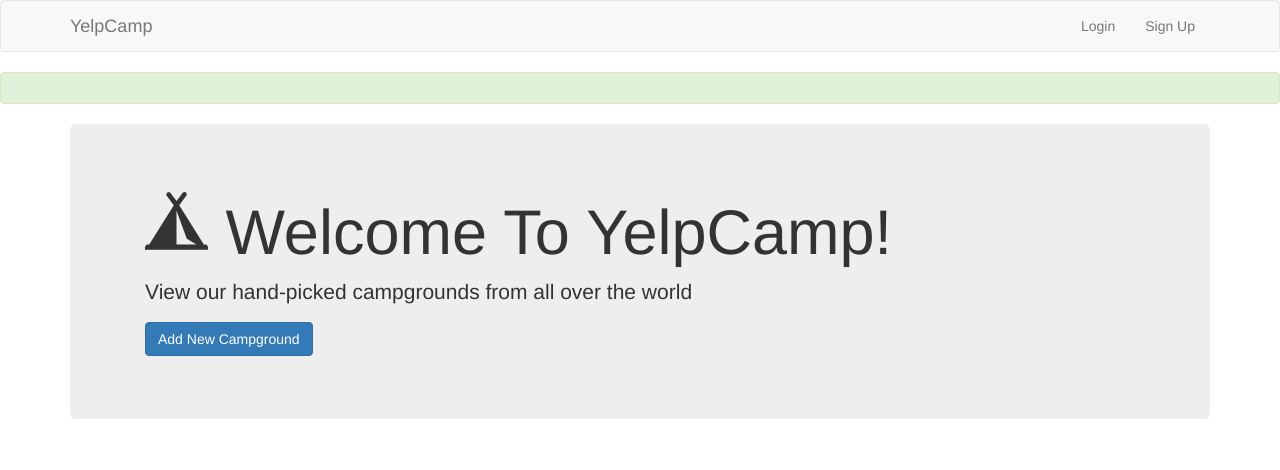
Repository: nax3t/webdevbootcamp
Page: YelpCamp/Final/views/campgrounds/index.ejs
The author's editor kept a record of every edit. The page is drawn from the files as they stood at one moment, then again after the next edit.
The browser window is 1280 px wide. The pictures show the whole page.
The page is served by the project's Node server (YelpCamp/Final/app.js). Other server files are loaded and not shown. The template is opened directly, without the code that normally fills it, so the values that code supplies are empty.

Above is the page before.

### YelpCamp/Final/views/campgrounds/index.ejs
<% include ../partials/header %>

 <div class="container">
     <header class="jumbotron">
         <div class="container">
             <h1><span class="glyphicon glyphicon-tent"></span> Welcome To YelpCamp!</h1>
             <p>View our hand-picked campgrounds from all over the world</p>
             <p>
                <a class="btn btn-primary btn-large" href="/campgrounds/new">Add New Campground</a>
             </p>
         </div>
     </header>

     <div class="row text-center" style="display:flex; flex-wrap: wrap;">
        <% campgrounds.forEach(function(campground){ %>
            <div class="col-md-3 col-sm-6">
                <div class="thumbnail">
                   <img src="<%= campground.image %>">
                   <div class="caption">
                       <h4><%= campground.name %></h4>
                   </div>
                   <p>
                       <a href="/campgrounds/<%= campground._id %>" class="btn btn-primary">More Info</a>
                   </p>
                </div>
            </div>
        <% }); %>
    </div>
</div>

<% include ../partials/footer %>

### YelpCamp/Final/views/partials/header.ejs
<!DOCTYPE html>
<html>
    <head>
        <title>YelpCamp</title>
        <link rel="stylesheet" href="https://maxcdn.bootstrapcdn.com/bootstrap/3.3.5/css/bootstrap.min.css">
        <link rel="stylesheet" href="/stylesheets/main.css">
        <script src="https://code.jquery.com/jquery-git2.min.js"></script>
    </head>
    <body>
    <nav class="navbar navbar-default">
        <div class="container">
            <div class="navbar-header">
                <a class="navbar-brand" href="/">YelpCamp</a>
            </div>
            <div class="collapse navbar-collapse">
                <ul class="nav navbar-nav navbar-right">
                    <% if(!currentUser){ %>
                        <li><a href="/login">Login</a></li>
                        <li><a href="/register">Sign Up</a></li>
                    <% } else { %>
                        <li><a href="#">Signed In As <%= currentUser.username %></a></li>
                        <li><a href="/logout">Logout</a></li>
                    <% } %>
                </ul>
            </div>
        </div>
    </nav>

       <% if(error && error.length > 0) { %>
         <div class="alert alert-danger"><p>ERROROROR<%=error %></p></div>
       <% } %>

       <% if(success) { %>
         <div class="alert alert-success"><p><%= success %></p></div>
       <% } %>

### YelpCamp/Final/app.js
var express     = require("express"),
    app         = express(),
    bodyParser  = require("body-parser"),
    mongoose    = require("mongoose"),
    passport    = require("passport"),
    cookieParser = require("cookie-parser"),
    LocalStrategy = require("passport-local"),
    flash        = require("connect-flash"),
    Campground  = require("./models/campground"),
    Comment     = require("./models/comment"),
    User        = require("./models/user"),
    session = require("express-session"),
    seedDB      = require("./seeds"),
    methodOverride = require("method-override");

//requiring routes
var commentRoutes    = require("./routes/comments"),
    campgroundRoutes = require("./routes/campgrounds"),
    indexRoutes      = require("./routes/index")

mongoose.connect("mongodb://localhost/yelp_camp_v9");
app.use(bodyParser.urlencoded({extended: true}));
app.set("view engine", "ejs");
app.use(express.static(__dirname + "/public"));
app.use(methodOverride('_method'));
app.use(cookieParser('secret'));
app.use(session({cookie: { maxAge: 60000 }}));
app.use(flash());
// seedDB(); //seed the database

// PASSPORT CONFIGURATION
app.use(require("express-session")({
    secret: "Once again Rusty wins cutest dog!",
    resave: false,
    saveUninitialized: false
}));
app.use(passport.initialize());
app.use(passport.session());
passport.use(new LocalStrategy(User.authenticate()));
passport.serializeUser(User.serializeUser());
passport.deserializeUser(User.deserializeUser());

app.use(function(req, res, next){
   res.locals.currentUser = req.user;
   res.locals.success = req.flash('success');
   res.locals.error = req.flash('error');
   console.log(res.locals.error);
   next();
});


app.use("/", indexRoutes);
app.use("/campgrounds", campgroundRoutes);
app.use("/campgrounds/:id/comments", commentRoutes);

app.listen(process.env.PORT, process.env.IP, function(){
   console.log("The YelpCamp Server Has Started!");
});

Loaded but not shown: YelpCamp/Final/views/partials/footer.ejs (common file); YelpCamp/Final/public/stylesheets/main.css (common file)

After the next edit:
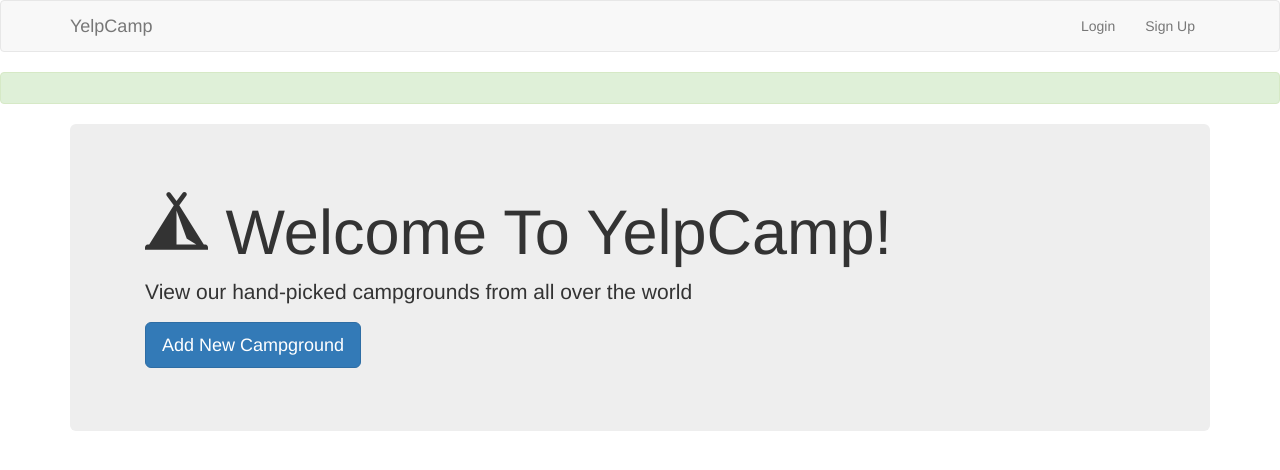
The edit:
--- a/YelpCamp/Final/views/campgrounds/index.ejs
+++ b/YelpCamp/Final/views/campgrounds/index.ejs
@@ -6,7 +6,7 @@
              <h1><span class="glyphicon glyphicon-tent"></span> Welcome To YelpCamp!</h1>
              <p>View our hand-picked campgrounds from all over the world</p>
              <p>
-                <a class="btn btn-primary btn-large" href="/campgrounds/new">Add New Campground</a>
+                <a class="btn btn-primary btn-lg" href="/campgrounds/new">Add New Campground</a>
              </p>
          </div>
      </header>
